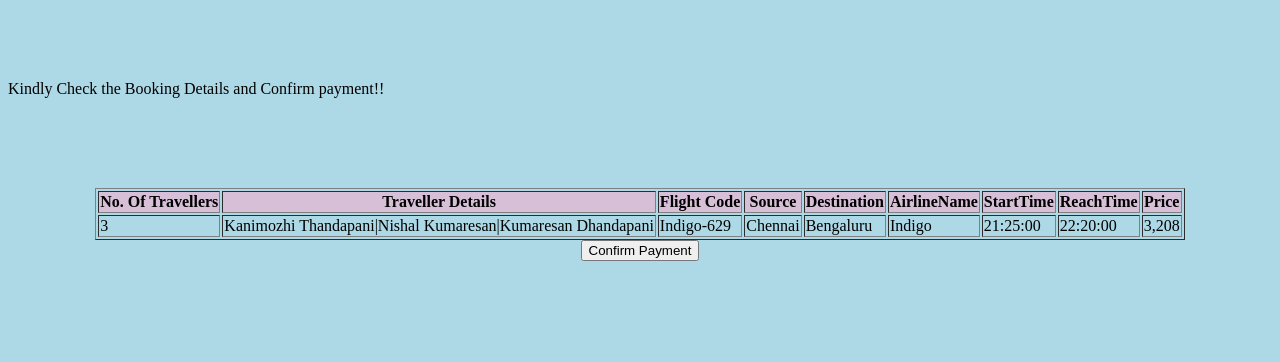
Repository: KanimozhiThandapani/Phase2AirlineBookingProject
Page: http://localhost/AirlineBooking/bookedFlights.jsp
The author's editor kept a copy of each file at every save. The page is drawn from the files as they stood at one save, then again after the next save.
The browser window is 1280 px wide. The pictures show the whole page.
The page is served by Tomcat 9.

Above is the page before, as saved 2022-04-26 07:58:40.

After the next save:
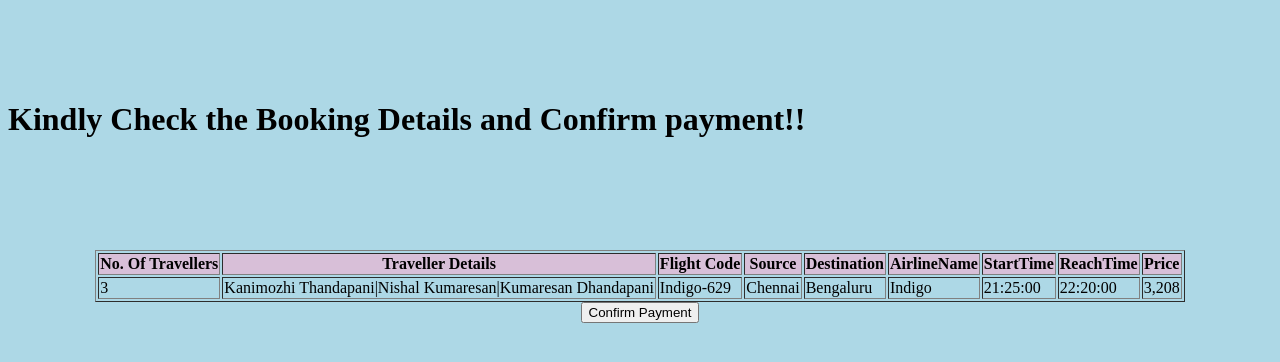
Saved 8 s later.
--- a/AirlineBooking/WebContent/bookedFlights.jsp
+++ b/AirlineBooking/WebContent/bookedFlights.jsp
@@ -8,7 +8,7 @@
 </head>
 <body style="background-color:lightblue;">
 <br> <br> <br> <br>
-<h> Kindly Check the Booking Details and Confirm payment!!</h>
+<h1> Kindly Check the Booking Details and Confirm payment!!</h1>
 <div align="center">
 		<form action="paymentPage" method="get">
 
